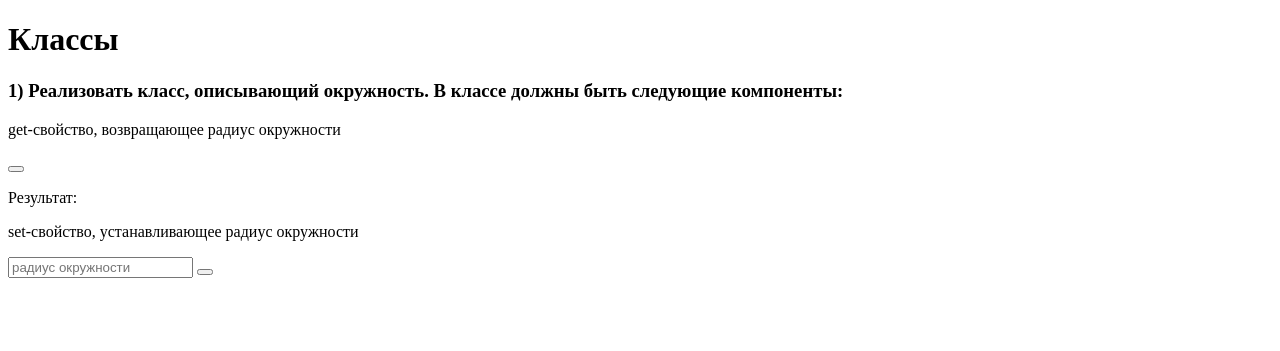
Repository: NastyaGavrilova/Beetroot-js
Page: HW6/index.html
An editor plug-in stored every save of this project. The page is shown before and after the next save, followed by the edit.
The browser window is 1280 px wide. The pictures show the whole page.

Above is the page before, as saved 2021-10-24 16:43:19.

After the next save:
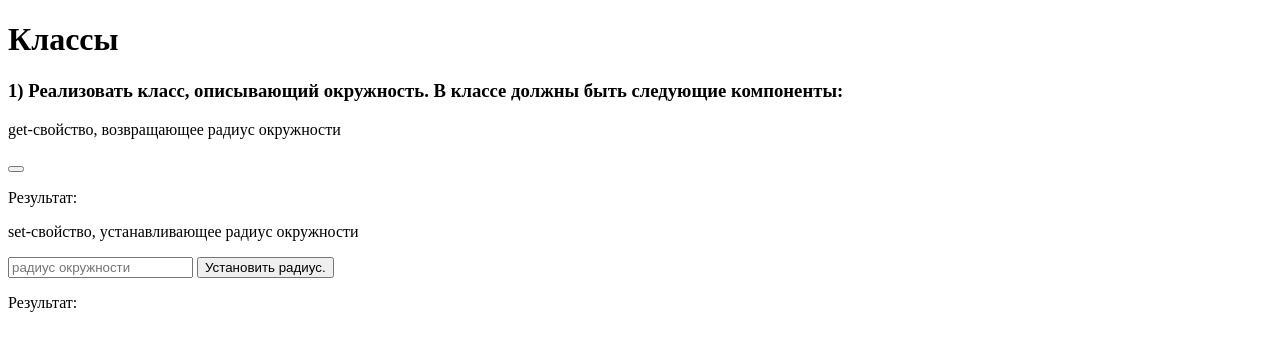
Saved 35 s later.
--- a/HW6/index.html
+++ b/HW6/index.html
@@ -39,9 +39,14 @@
               id="js-task1-input1"
               placeholder="радиус окружности"
             />
-            <button id="js-task1-btn2"></button>
+            <button id="js-task1-btn2">Установить радиус.</button>
           </div>
         </form>
+        <div class="-task1__paragraph">
+          <p class="e-paragraph">
+            Результат: <span id="js-task1-span2"></span>
+          </p>
+        </div>
       </div>
     </section>
   </body>
